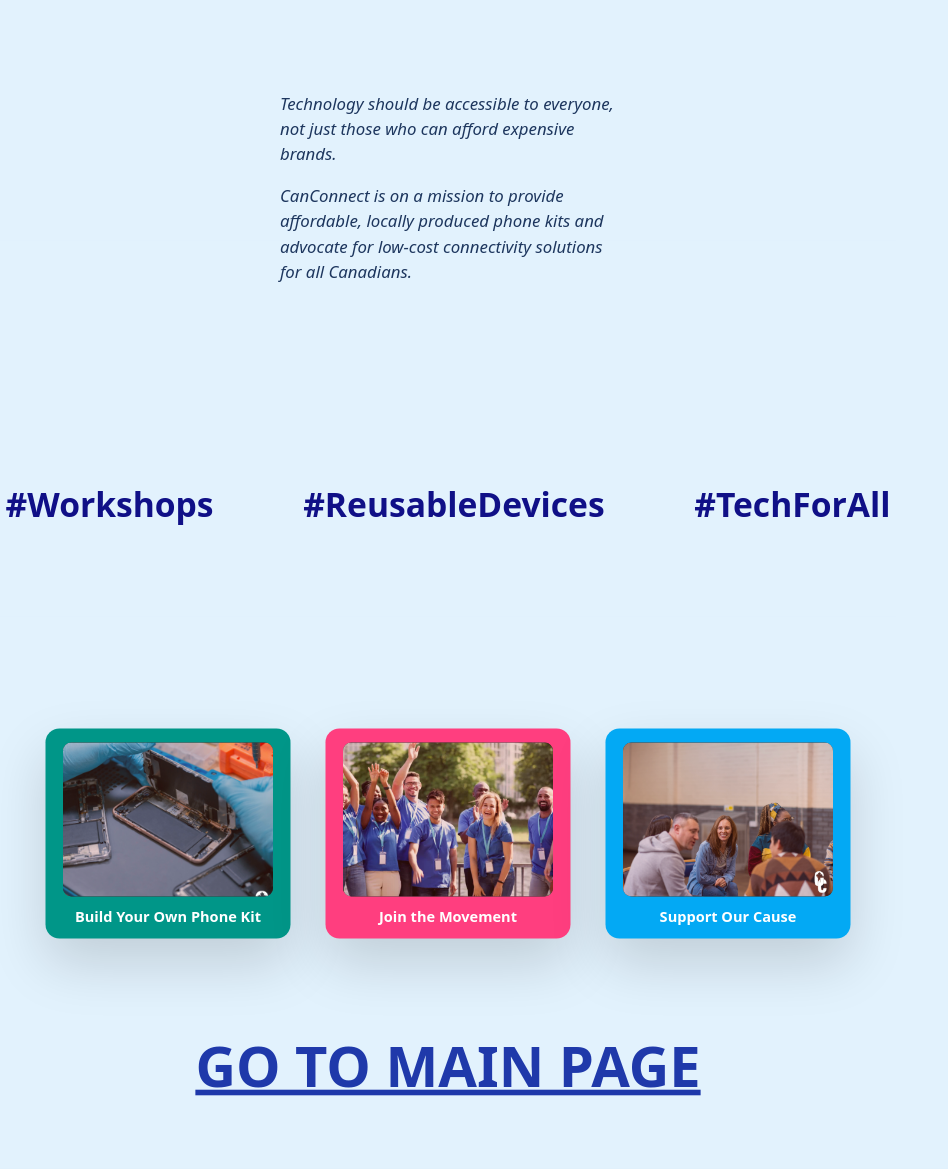
Repository: katelynyew/communityWebsite
Page: index.html
The author's editor kept a copy of each file at every save. The page is drawn from the files as they stood at one save, then again after the next save.
The browser window is 1280 px wide. The page is 1354 px wide, so the pictures cover 1354 px, including what lies to the right of the window. The pictures show the part of the page from y = 2664 to 4504 px (the page is 4334 px tall before and 4504 px after), at 70% of full size.
Some web fonts or font styles are not loaded; a fallback is used. Some web libraries are served in a nearby version.

Above is the page before, as saved 2025-04-03 04:47:04.

### index.html
<!DOCTYPE html>
<html lang="en">
<head>
  <meta charset="UTF-8">
  <meta name="viewport" content="width=device-width, initial-scale=1.0">
  <link rel="stylesheet" href="./style.css" />

  <link rel="preconnect" href="https://fonts.googleapis.com">
  <link rel="preconnect" href="https://fonts.gstatic.com" crossorigin><link href="https://fonts.googleapis.com/css2?family=Ranchers&display=swap" rel="stylesheet">

  <title>Canconnect</title>
</head>
<body>

    <div class="landing">
      <!-- <nav>
        <h1 id="logo">CANConnect</h1>
        <a href="index.html">
          <img id="logo-img1" src="./can1.png" alt="CanConnect Logo" id="logo" />
        </a>
        <u1 class="nav-links">
          <li><a href="index.html" onclick="location.reload(); return false;">Home</a></li>
          <li><a href="https://sites.google.com/my.yorku.ca/canconnect/home">About Us</a></li>
          <li><a href="https://sites.google.com/my.yorku.ca/canconnect/tech-reshare-program?authuser=0">Our Project</a></li>
          <li><a href="https://sites.google.com/my.yorku.ca/canconnect/get-involved?authuser=0">Get Involved</a></li>
          <li><a href="https://sites.google.com/my.yorku.ca/canconnect/news-updates?authuser=0">News & Updates</a></li>
          <li><a href="https://sites.google.com/my.yorku.ca/canconnect/our-team?authuser=0">Staff</a></li>
          <li><a href="https://sites.google.com/my.yorku.ca/canconnect/connect?authuser=0">Contact Us</a></li>
        </u1>
      </nav> -->
      <div class="header">
        <div class="letters">
          <img id="logo-img2" src="can2.png" alt="CanConnect Logo">
          <!-- <h1 class="title">CANConnect</h1> -->
          <h2 class="big-text">“Connecting Canada, One Affordable Device at a Time”</h2>
        </div>
      </div>
      <div class="website-content">
        <div class="img-holder">
          <img src="./b8.jpg" alt="Description of the image"/>
        </div>
      </div>
    </div>


  <div class="content-holder">
    <div class="intro-text">

      <h1 class="sub">
        “Connecting Canada, One Affordable Device at a Time”
      </h1>
      <p class="hide">
        <span class="text">Technology should be accessible to everyone, not just those who can afford expensive
          brands.</span>
      </p>

      <p class="hide">
        <span class="text">CanConnect is on a mission to provide affordable, locally produced phone kits and advocate for low-cost connectivity solutions for all Canadians.</span>
      </p>
    </div>
  </div>
  <div class="slider"></div>
  <div class="row">
    <p class="tags">
      #Workshops
    </p>
    <p class="tags">
      #ReusableDevices
    </p>
    <p class="tags">
      #TechForAll
    </p>
  </div>
  <div class="container">
    <div class="card" style="--clr:#009688;">
      <div class="cardimg">
        <img src="./one.png" alt="">
      </div>
      <div class="card-content">
        <h2>Build Your Own Phone Kit</h2>
        <p>Empower yourself with affordable tech-build your own phone kit with CanConnect.</p>
        <a href="#">– Learn More</a>
      </div>
    </div>
    <div class="card" style="--clr:#ff3e7f;">
      <div class="cardimg">
        <img src="./two.png" alt="">
      </div>
      <div class="card-content">
        <h2>Join the Movement</h2>
        <p>Want to be a part of the movement? Check out how you can help:</p>
        <a href="#">– Get involved</a>
      </div>
    </div>
    <div class="card" style="--clr:#03a9f4;">
      <div class="cardimg">
         <img src="./three.png" alt="">
      </div>
      <div class="card-content">
        <h2>Support Our Cause</h2>
        <p>Support us in making technology more affordable for all.</p>
        <a href="#">– Donate today</a>
      </div>
    </div>

    <div class="home">
      <a href="https://sites.google.com/my.yorku.ca/canconnect/home?authuser=0">GO TO MAIN PAGE</a>
    </div>
  </div>



<script src="https://cdnjs.cloudflare.com/ajax/libs/gsap/3.8.0/gsap.min.js"></script>
<script src="https://cdnjs.cloudflare.com/ajax/libs/gsap/3.8.0/ScrollTrigger.min.js"></script>
<script src="./script.js"></script>

</body>
</html>

### style.css
*{
    margin: 0;
    padding: 0;
    box-sizing: border-box;
}
main {
    font-family: "Noto Sans", sans-serif;
}
html {
    overscroll-behavior: none;
}



html, body {
    font-family: "Noto sans", sans-serif;
    height: 100%;
    background-color: rgb(226, 242, 253);

}


.landing{
    min-height: 100vh;
    background-color: rgb(226, 242, 253);
    background-size: cover;
    display: flex;
    flex-direction: column;
    justify-content: top;
    align-content: flex-start;
    z-index: 2;
}
img {
    width: 100%;
    height: 100%;
    object-fit: cover;

}
nav {
    position: fixed;
    top: 0;
    right: 0;
    display: flex;
    align-items: center;
    justify-content: space-between;
    min-height: 10vh;
    max-width: 1200px; /* Prevents the nav from expanding too much */
    z-index: 20;


}


.nav-links {
    display: flex;  /* place the items side by side*/
    list-style: none;   /* get rid of bullet point*/
    gap: 2rem;  /* gap between each nav li element*/
    padding: 2em;

}

.nav-links li {
    /* padding-left: 10rem; */
    font-size: 1rem;
    font-weight: lighter;
    list-style: none;
    display: inline-block;
    padding: 5px 15px;
    border-radius: 5px;


}
.nav-links li:hover {
    border-color: #009688; /* Make border visible on hover */
    background-color: rgba(137, 2, 2, 0.475); /* Light background effect */
}

.nav-links li a {
    text-decoration: none; /* Remove underline */
    color: black; /* Change text color */
    font-weight: bold;
    display: block;
  }

#logo{
    position: fixed;
    top: 0;
    left: 100px;
    min-height: 10vh;
    padding: 20px 5px;
    font-family: "Noto Sans", sans-serif;
    font-weight: heavier;
    font-size: 2rem;
    z-index: 1000;


}
#logo-img1 {
    position: fixed; /* Keeps it in place even when scrolling */
    top: 0; /* Aligns to the very top */
    left: 50px; /* Aligns to the very left */
    max-width: 50px; /* Adjust size as needed */
    height: auto;
    padding: 10px; /* Adds some spacing */
}
#logo-img2 {
    max-width: 1000px;
    height: auto;
    display: block;
    margin: 0 auto;
}

.header {
    position: fixed;
    top: 5%;
    left: 0%;
    display: flex;
    width: 100%;
    z-index: 40;


}
.letters {
    flex: 1;
    display: flex;
    flex-direction: column; /*stacks children vertically */
    align-items: center;
    text-transform: uppercase;

}


.big-text {
    position: relative;
    font-size: 2rem;
    font-weight: heavier;
    text-align: center;
    color: rgb(39, 27, 202);
    margin: 2em 0em;
    top: 0rem;
    z-index: 40;

}

.website-content {

    position: relative;
    padding-top: 10em;
    width: 100%;
    height: 100%;

}

.img-holder {
    background-color: rgb(226, 242, 253);
    margin: 3em 0em;
    position: relative;
    top: 0%;
    width: 100%;
    height: 100vh;
    background: rgb(140, 229, 91);
    clip-path: polygon(37.5% 20%, 62.5% 20%, 62.5% 50%, 37.5% 50%);
    z-index: 10;
}

.img-holder img {
    position: relative;
    top: 0;
    left: 10px;
    transform: scale(1.1);
    height: 100vh;


}

.content-holder {
    position: relative;
    top: 60%;
    width: 100%;
    background: rgb(226, 242, 253);
    color: white;
    margin-top: 17rem;
    margin-bottom: 8em;
    z-index: 6;
}
.intro-text {
    background: rgb(226, 242, 253);
    position: relative;
    top: 0%;
    width: 100%;
    height: 100vh;
    display: flex;
    flex-direction: column;
    justify-content: flex-start;
    align-items: center;
    color: rgb(29, 54, 94);
    font-family: "Noto Sans", sans-serif;
    padding: 10em 10em;

}
.sub {
    padding: 1em 2em;
    margin: 1em 1em;
    font-size: 3rem;
    text-align: center;
    width: 100%;
}
.intro-text p {
    margin-top: 1em;
    font-size: 1.5rem;
    width: 50%;
    text-align: left;
    line-height: 1.5;
    font-style: italic;
    font-weight: heavier;
}
.row {
    position: relative;
    display: flex;
    width: 100%;
    top: 70%;
    justify-content: center;
    align-items: center;
    padding: 0rem 4rem;
    gap: 0rem 8rem;

}

.row    .tags{
    width: 100%;
    text-align: center;
    font-size: 3rem;
    color: rgb(16, 16, 135);
    font-weight: bold;

}
.container {
    top:70%;
    background-color: rgb(226, 242, 253);
    position: relative;
    display: flex;
    justify-content: center;
    align-items: center;
    flex-wrap: wrap;
    gap: 100px 50px;
    padding: 100px 50px;
    padding-top: 10rem;
    margin: 8em 0em;
}

.container  .card {
    position: relative;
    display: flex;
    justify-content: center;
    align-items: flex-start;
    width: 350px;
    height: 300px;
    background-color: var(--clr);
    border-radius: 20px;
    box-shadow: 0 35px 80px rgba(0,0,0,0.15);
    transition: 0.5s;
    overflow: hidden;

}
.container  .card:hover {
    height: 400px;
}
.container  .card   .cardimg {
    position: absolute;
    top: 20px;
    width: 300px;
    height: 220px;
    background: #333;
    border-radius: 12px;
    overflow: hidden;
    transition: 0.5s;
}

.container  .card:hover .cardimg {
    top: -100px;
    scale: 0.75;
    box-shadow: 0 15px 45px rgba(0,0,0,0.2);
}
.container  .card   .cardimg img {
    position: absolute;
    top: 0;
    left: 0;
    width: 100%;
    height: 100%;

    object-fit: cover;
}

.container  .card   .card-content {
    position: absolute;
    top: 252px;
    width: 100%;
    padding: 0 30px;
    height: 35px;
    overflow: hidden;
    text-align: center;
    transition: 0.5s;
    display: flex;
    flex-direction: column;
    justify-content: left;
    align-items: center;
}

.container  .card:hover .card-content {
    top: 130px;
    height: 250px;

}
.container  .card   .card-content h2 {
    font-size: 1.3em;
    font-weight: 700;
    color: white;
    line-height: 2rem;
}

.container  .card   .card-content p {
    font-size: 1em;
    text-align: left;
    color: #f8e9e9;
    padding: 5em 0em;


}
.container  .card   .card-content a {
    position: relative;
    top: 0px;
    transform: translateY(-95%);
    display: inline-block;
    padding: 12px 25px;
    background: rgb(0, 0, 0);
    color: white;
    font-weight: 500;
    text-decoration: none;
    border-radius: 8px;
}



.home {
    position: relative;

    top: 1rem;
    width: 65%;
    text-align: center;
    font-size: 10rem;
    color: rgb(29, 54, 94);
    font-size: 5rem;
    font-weight: lighter;
    display: inline-block;
    padding: 10px;
    border-radius: 100px;

   /* background-color: rgba(255, 84, 65, 0.292); */
}

.home:hover {
    border-color: #009688; /* Make border visible on hover */
    background-color: rgb(137, 200, 200,0.292); /* Light background effect */
    width: 65%;
    transition: 0.5s;
}

.home a {

    color: rgba(25, 51, 168, 0.971); /* Change text color */
    font-weight: bold;
    display: block;
  }

/* .hide {
    background: black;
    overflow: hidden;
}
*/
/*
.hide span{         /*move down the hide
    transform: translateY(100%);
    display: inline-block;  /*span is inline element
}
*/

### script.js
const tl = gsap.timeline({defaults: {ease: 'power1.out'}});


// tl.to('.slider', {y: "-100%", duration: 1.5, delay: 0.5});
// tl.to(".intro", {y: "-100%", duration: 1}, "-=1");  /*   -=1 means start one sec faster*/
// tl.fromTo("nav", {opacity: 0}, {opacity: 1, duration: 1});
// tl.fromTo(".big-text", {opacity: 0}, {opacity: 1, duration: 1});

gsap.registerPlugin(ScrollTrigger);

document.addEventListener("DOMContentLoaded", function() {
    const contentHolderHeight = document.querySelector(".content-holder").offsetHeight;
    const imgHolderHeight = window.innerHeight;
    const additionalScrollHeight = window.innerHeight;


    const totalBodyHeight = contentHolderHeight + imgHolderHeight + additionalScrollHeight;
    document.body.style.height = `${totalBodyHeight}px`;
});

// Reset the page when it loads
window.addEventListener('load', () => {
    // Reset any GSAP animations or properties
    gsap.set("nav", { opacity: 0 });  // Set nav to invisible
    gsap.set(".header", { opacity: 1 });  // Reset header to visible
    gsap.set(".website-content", { position: 'absolute', top: 'auto' });  // Reset the position of website content

    // Ensure ScrollTrigger resets
    ScrollTrigger.refresh();
});

// Initially set the nav to be invisible
gsap.set("nav", { opacity: 0 });

// ScrollTrigger to fade in the nav after scrolling past the website-content section
gsap.to("nav", {
    opacity: 1,  // Fade in the nav
    scrollTrigger: {
        trigger: ".website-content",  // Trigger after the website-content section
        start: "bottom top",  // Start when the bottom of .website-content hits the top of the viewport
        end: "bottom top",  // Continue for the entire scroll of website-content

        markers: false,  // Optional: Remove if you don't need markers
        toggleActions: "play none none reverse", // Re-trigger on scroll
    }
});

// ScrollTrigger to fade out the nav after scrolling back up
gsap.to("nav", {
    opacity: 0,  // Fade out the nav
    scrollTrigger: {
        trigger: ".website-content",  // Trigger after the website-content section
        start: "top top",  // Start when the top of .website-content hits the top of the viewport
        end: "+=100%",  // Continue for the entire scroll of website-content
        scrub: 0.5,
        markers: false,  // Optional: Remove if you don't need markers
        toggleActions: "reverse none none play", // Re-trigger on scroll
    }
});

// ScrollTrigger for fading out header
gsap.to(".big-text", {
    opacity: 0,  // Fade out
    scrollTrigger: {
        trigger: ".website-content",
        start: "top top",  // Start fading out when the top of the website-content reaches the top of the viewport
        end: "+=100%",  // Keep fading out while scrolling further
        scrub: 1,  // Smooth transition based on scroll
        onEnter: () => gsap.to(".big-text", { opacity: 0, duration: 1 }),
        onLeaveBack: () => gsap.to(".big-text", { opacity: 1, duration: 1 }),  // Fade in when scrolling back

    }
});

gsap.to("#logo-img2", {
    y: "-200px", // Move the title up
    duration: 1,
    ease: "power1.out",
    scrollTrigger: {
        trigger: ".website-content",
        start: "top top", // Start when .title is near the top of the viewport
        end: "+=100%", // End when it reaches this position
        scrub: 1, // Smooth animation
        markers: false // Set to true if you want to see scroll markers
    }
});

ScrollTrigger.create({
    trigger: ".website-content",
    start: "-0.1% top",
    end: "bottom bottom",
    onEnter: () => {
        gsap.set(".website-content", { position: 'fixed', top: '0' });
    },

    onLeaveBack: () => {
        gsap.set(".website-content", { position: 'absolute', top: 'auto' });
    }

});



gsap.to(".img-holder", {
    //scale: 1,
    rotation: 0,
    clipPath: 'polygon(0% 0%, 100% 0%, 100% 100%, 0% 100%)',
    ease: "power2.inOut",
    trigger: ".img-holder",
    scrollTrigger: {
        start: "top top",
        end: `+=200%`,
        scrub: 1,

    }
});

ScrollTrigger.create({
    trigger: ".img-holder",
    start: "top top",
    end: "+=200%",
    pin: true,
    anticipatePin: 1,
    onLeave: () => {
        gsap.set(".website-content", { position: "absolute", top: "auto" }); // Unpin the image
    },
    onLeaveBack: () => {
        gsap.set(".website-content", { position: "absolute", top: "auto" }); // Ensure the image scrolls back properly
    }

});

// gsap.to(".header .letters:first-child", {
//     x: () => -innerWidth *3,
//     scale: 10,
//     ease: "power2.inOut",
//     scrollTrigger: {
//         start: "top top",
//         end: `+=200%`,
//         scrub: 1
//     }
// });
// gsap.to(".header .letters:last-child", {
//     x: () => innerWidth *3,
//     scale: 10,
//     ease: "power2.inOut",
//     scrollTrigger: {
//         start: "top top",
//         end: `+=200%`,
//         scrub: 1
//     }
// });

After the next save:
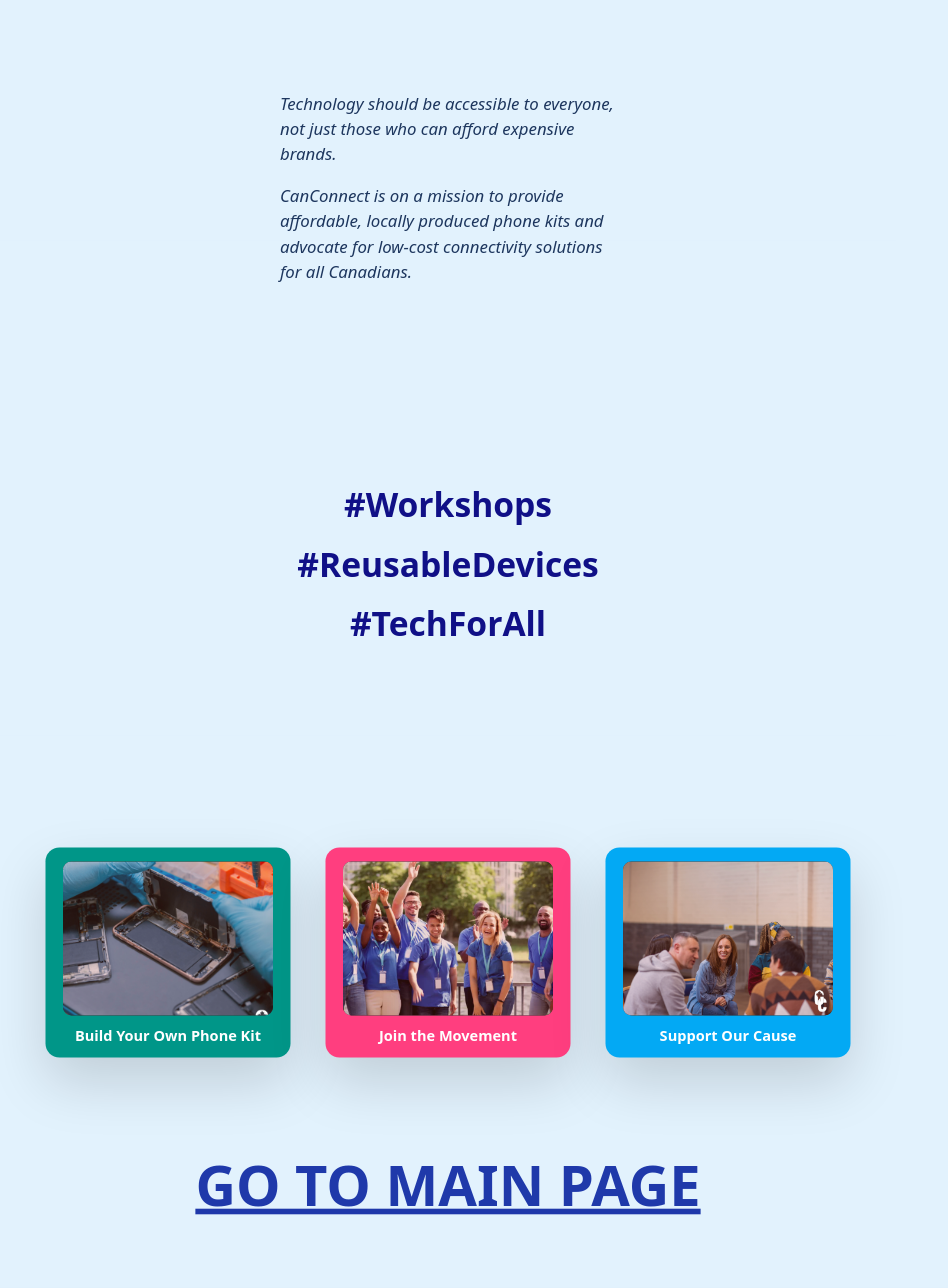
Saved 76 s later.
--- a/style.css
+++ b/style.css
@@ -222,7 +222,9 @@
     justify-content: center;
     align-items: center;
     padding: 0rem 4rem;
-    gap: 0rem 8rem;
+    gap: 20px;
+    flex-wrap: wrap;
+
 
 }
 
